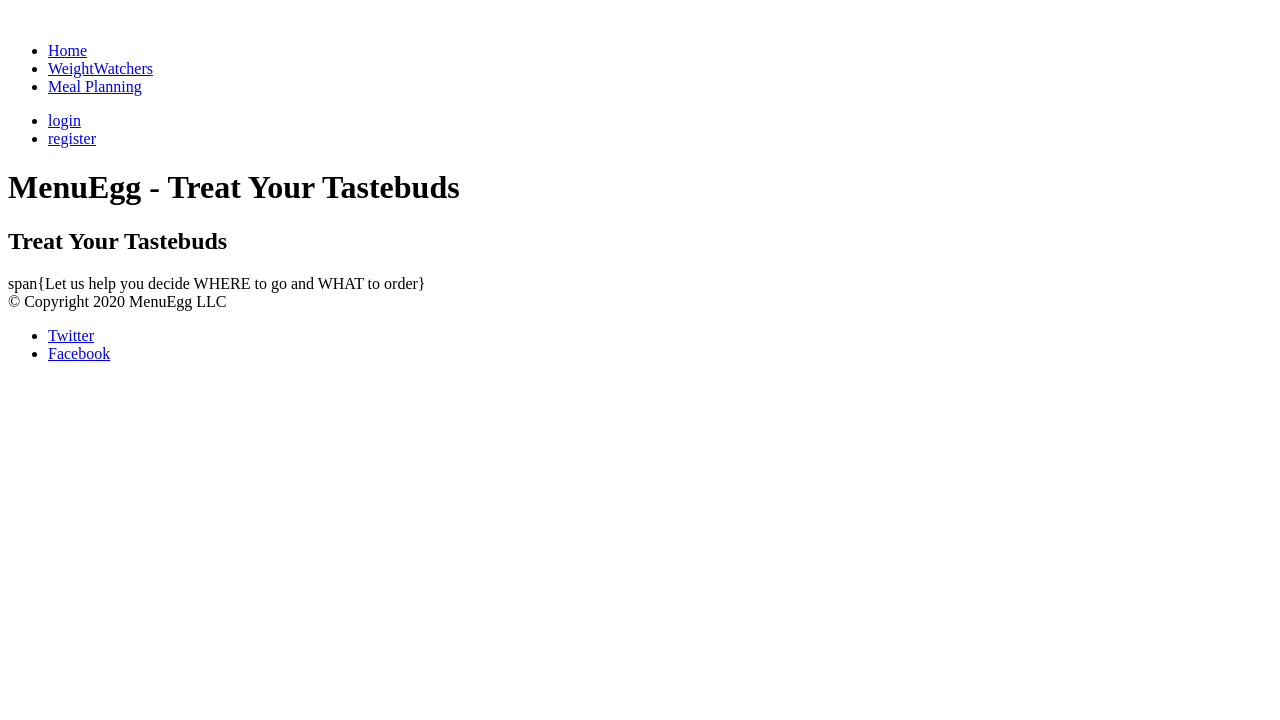
Repository: RobinKite/MenuEgg-test-site
Page: src/index.html
The author's editor kept a copy of each file at every save. The page is drawn from the files as they stood at one save, then again after the next save.
The browser window is 1280 px wide. The pictures show the whole page.

Above is the page before, as saved 2020-09-16 05:38:21.

After the next save:
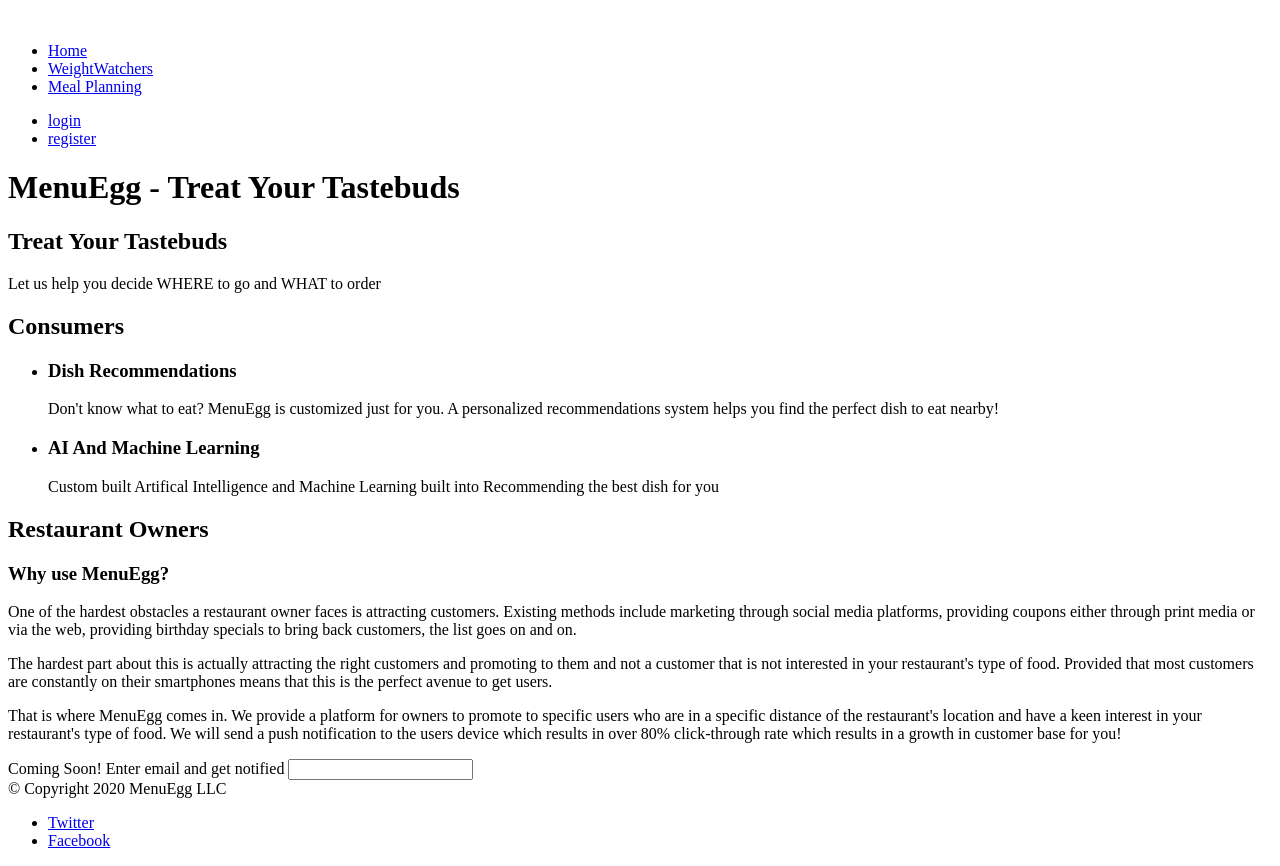
Saved 7 min 56 s later.
--- a/src/index.html
+++ b/src/index.html
@@ -33,10 +33,47 @@
 
         <section>
             <h2>Treat Your Tastebuds</h2>
-            span{Let us help you decide WHERE to go and WHAT to order}
+            <span>Let us help you decide WHERE to go and WHAT to order</span>
         </section>
         <section>
+            <div>
+                <div>
+                    <h2>Consumers</h2>
+                    <ul>
+                        <li>
+                            <h3>Dish Recommendations</h3>
+                            <p>Don't know what to eat? MenuEgg is customized just for you. A personalized recommendations system helps you find the perfect dish to eat nearby!</p>
+                        </li>
+                        <li>
+                            <h3>AI And Machine Learning</h3>
+                            <p>Custom built Artifical Intelligence and Machine Learning built into Recommending the best dish for you</p>
+                        </li>
+                    </ul>
+                </div>
+                <div>
+                    <h2>Restaurant Owners</h2>
+                    <div>
+                        <h3>Why use MenuEgg?</h3>
+                        <p>One of the hardest obstacles a restaurant owner faces is attracting customers. Existing methods include marketing through social media platforms, providing coupons either through print media or via the web, providing birthday specials
+                            to bring back customers, the list goes on and on.</p>
+                        <p>The hardest part about this is actually attracting the right customers and promoting to them and not a customer that is not interested in your restaurant's type of food. Provided that most customers are constantly on their smartphones
+                            means that this is the perfect avenue to get users.</p>
+                        <p>That is where MenuEgg comes in. We provide a platform for owners to promote to specific users who are in a specific distance of the restaurant's location and have a keen interest in your restaurant's type of food. We will send
+                            a push notification to the users device which results in over 80% click-through rate which results in a growth in customer base for you!</p>
+                    </div>
+                </div>
+            </div>
+            <div>
+                <span>Coming Soon!</span>
+                <label for="email">Enter email and get notified</label>
+                <input type="email" id="email">
+            </div>
+            <div>
 
+            </div>
+            <div>
+
+            </div>
         </section>
         <section>
 
